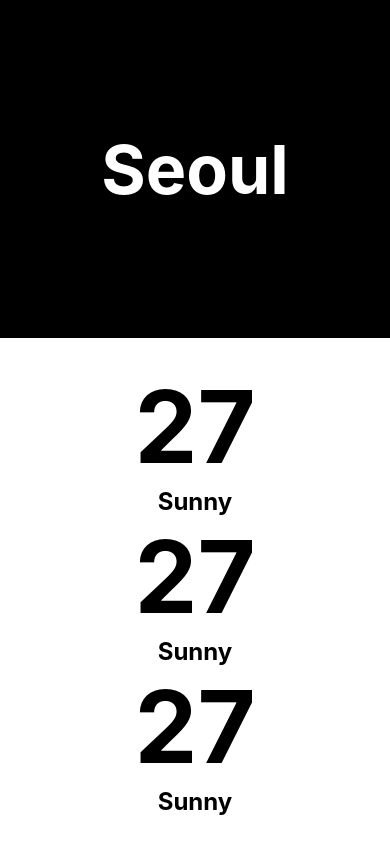
Repository: NewTurn2017/React-Native-Weather-App
Screen: /
An editor plug-in stored every save of this project. The screen is shown before and after a run of saves, followed by the edit.
The app was drawn by React Native's web renderer in a window 390 px wide. The project was rebuilt for these pictures with package versions that can differ from the ones it lists, and the page was loaded fresh each time.

Above is the screen before, as saved 2023-04-21 10:58:31.

After the next 2 saves:
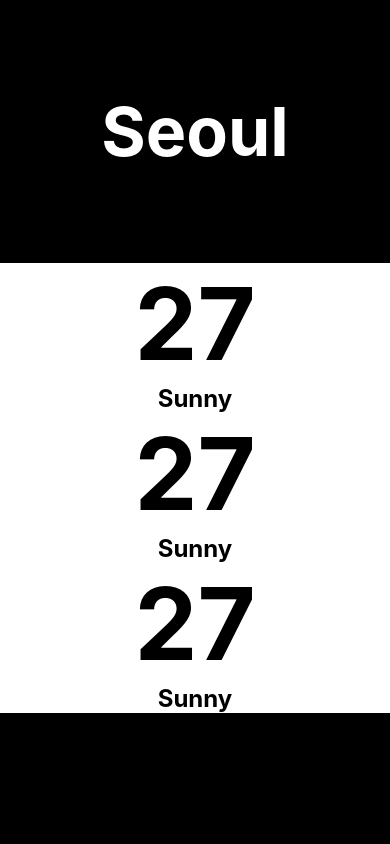
The 2 saves are shown as one change because 1 did not build or start.
The last was saved 58 s later.
--- a/App.js
+++ b/App.js
@@ -1,5 +1,5 @@
 import { StatusBar } from 'expo-status-bar'
-import { View, Text, StyleSheet } from 'react-native'
+import { View, Text, StyleSheet, ScrollView } from 'react-native'
 
 export default function App() {
   return (
@@ -8,20 +8,23 @@ export default function App() {
       <View style={styles.city}>
         <Text style={styles.cityName}>Seoul</Text>
       </View>
-      <View style={styles.weather}>
-        <View style={styles.day}>
-          <Text style={styles.temp}>27</Text>
-          <Text style={styles.description}>Sunny</Text>
+
+      <ScrollView>
+        <View style={styles.weather}>
+          <View style={styles.day}>
+            <Text style={styles.temp}>27</Text>
+            <Text style={styles.description}>Sunny</Text>
+          </View>
+          <View style={styles.day}>
+            <Text style={styles.temp}>27</Text>
+            <Text style={styles.description}>Sunny</Text>
+          </View>
+          <View style={styles.day}>
+            <Text style={styles.temp}>27</Text>
+            <Text style={styles.description}>Sunny</Text>
+          </View>
         </View>
-        <View style={styles.day}>
-          <Text style={styles.temp}>27</Text>
-          <Text style={styles.description}>Sunny</Text>
-        </View>
-        <View style={styles.day}>
-          <Text style={styles.temp}>27</Text>
-          <Text style={styles.description}>Sunny</Text>
-        </View>
-      </View>
+      </ScrollView>
     </View>
   )
 }
